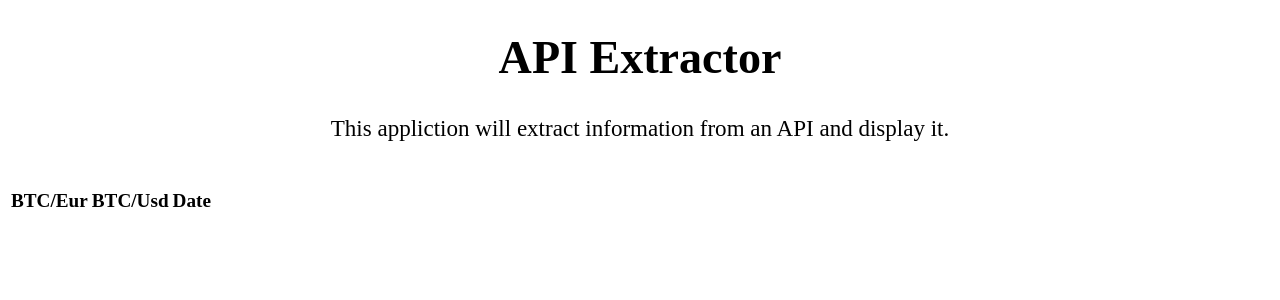
Repository: vxyux/api-extraction
Page: index.html
These files come from the project's save history. The page is drawn as it stood at one moment and after a run of saves; the edit follows.
The browser window is 1280 px wide. The pictures show the whole page.
The page's requests for data from a server got no answer.

Above is the page before, as saved 2023-09-05 10:34:08.

After the next 2 saves:
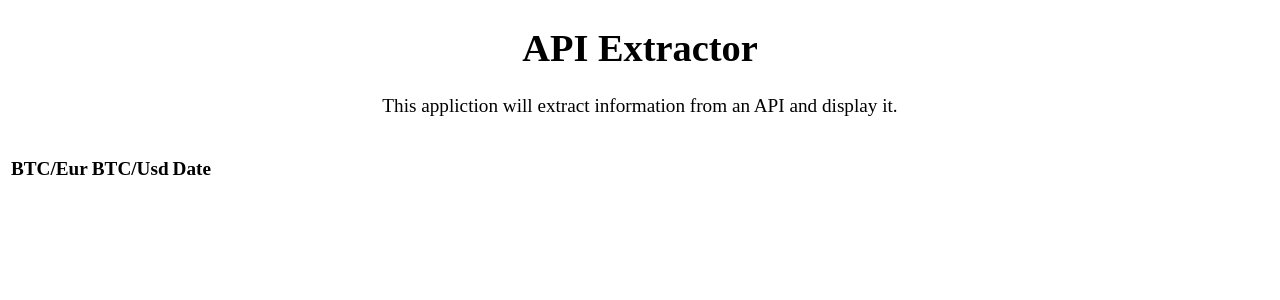
The 2 saves are shown as one change because they came seconds apart.
The last was saved 7 s later.
--- a/index.html
+++ b/index.html
@@ -7,7 +7,7 @@
   <link rel="stylesheet" href="stylesheet.css">
   <script src="app.js"></script>
 </head>
-<body class="center">
+<body>
   <div class="center">
     <h1>API Extractor</h1>
     <p>This appliction will extract information from an API and display it.</p>
@@ -15,7 +15,7 @@
 
   <img src="" id="loading" alt="">
 
-  <table>
+  <table class="center">
   <tr>
     <th>BTC/Eur</th>
     <th>BTC/Usd</th>
